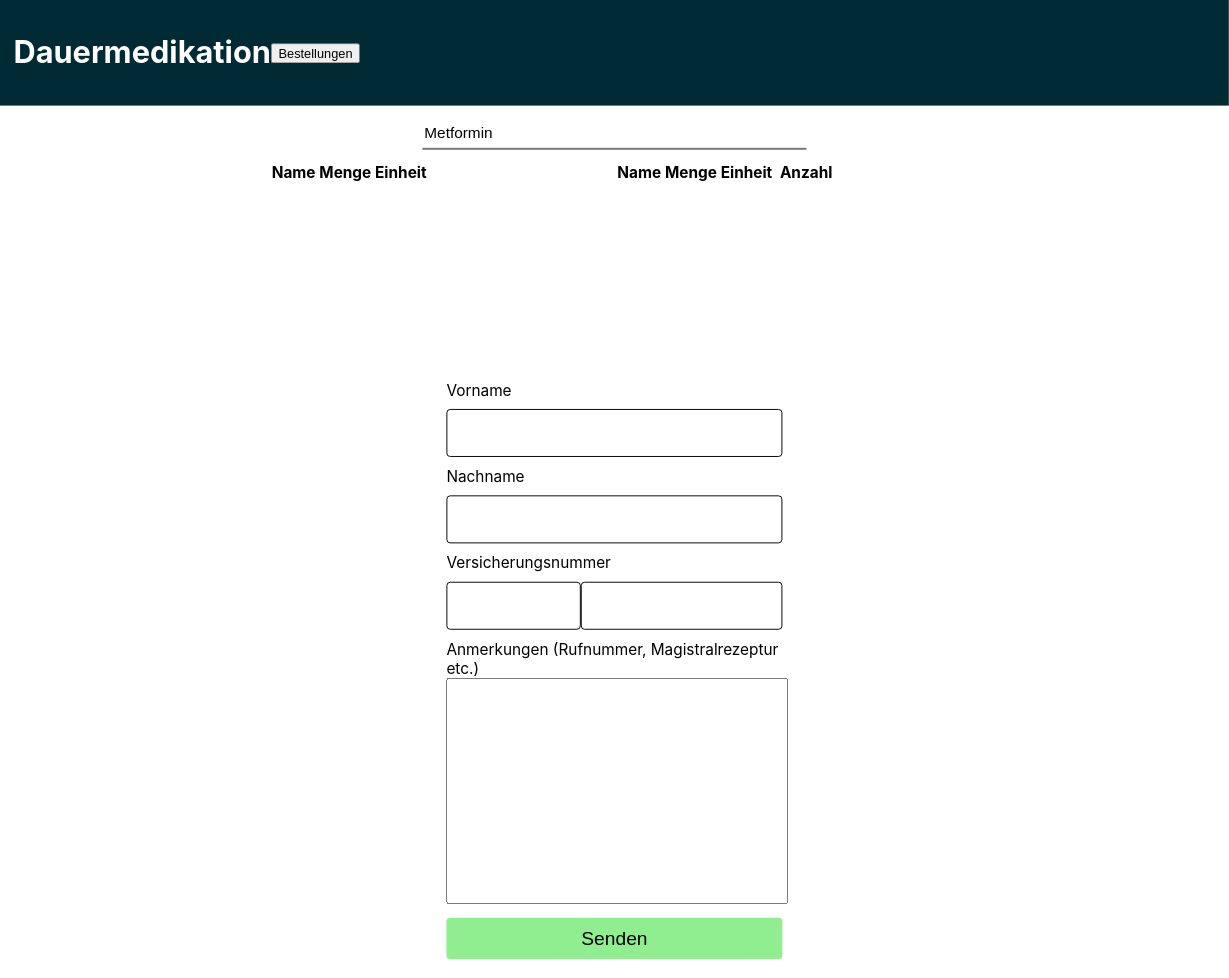
Repository: Esatollah/MedDemo
Page: / (app in client/)
These files come from the project's save history. The page is drawn as it stood at one moment and after the next save; the edit follows.
The browser window is 1280 px wide. The pictures show the whole page, at 96% of full size.
The page's requests for data from a server got no answer. The project was rebuilt for these pictures with package versions that can differ from the ones it lists, and the page was loaded fresh each time. No one was signed in, and anything a server would have sent is missing. Also part of the build but not shown: client/src/Routes/Bestellungen.jsx.

Above is the page before, as saved 2022-06-10 17:57:17.

### client/src/App.js
import SearchBar from './Routes/Search';
import {BrowserRouter, Routes, Route} from 'react-router-dom'
import Bestellungen from './Routes/Bestellungen';
import ReactModal from 'react-modal';

ReactModal.setAppElement('#root')

function App() {
  return (
    <BrowserRouter>
    <Routes>
      <Route path='/' element={<div><SearchBar/></div>}/>
      <Route path='/bestellungen' element={<div><Bestellungen/></div>}/>
    </Routes>
    </BrowserRouter>
  );
}

export default App;

### client/src/Routes/Search.jsx
import React, { useState, useEffect } from 'react'
import DrugAPI from '../api/DrugAPI';
import Form from '../components/Form';
import Navbar from '../components/Navbar';
import { SearchWrap } from '../Styles/SearchStyles';


const Search = () => {

  const [searchinput, setSearchinput] = useState("Metformin");
  const [drugs, setDrugs] = useState([]);
  const [cartitems, setCartitems] = useState([]);

  useEffect(() => {
    const fetchData = async () => {
      try {
        const result = await DrugAPI.get(`/?drugsearch=${searchinput}`)
        setDrugs(result.data.meds)
      } catch (err) {
        console.error(err);
      }
    }

    fetchData();

  }, [searchinput])

  const handleDrugClick = (e, x) => {
    const is_in_cart = cartitems.some(y => {
      if (y.id === x.id) {
        return true;
      }

      return false;
    })

    if (is_in_cart) {
      return
    }
    let temp = { ...x, anzahl: "1" }
    setCartitems([...cartitems, temp]);
  }

  const handleDelete = (e, x, index) => {
    let temp = [...cartitems]

    temp.splice(index, 1);

    setCartitems(temp);
  }

  const handleCountchange = (e, x, index) => {
    let temps = [...cartitems]
    let temp = {
      ...temps[index],
      anzahl: e.target.value
    }
    temps[index] = temp
    setCartitems(temps);

  }


  return (
    <>
      <Navbar route="/Bestellungen" title="Dauermedikation"/>
        <SearchWrap>

          <input type="search" placeholder="Suche" id="search" value={searchinput} onChange={e => setSearchinput(e.target.value)} />
          <div className='search-container'>
            <div className='table-container'>
              <table className='drugtable'>
                <thead>
                  <tr>
                    <th scope='col'>
                      Name
                    </th>
                    <th scope='col'>Menge</th>
                    <th scope='col'>Einheit</th>
                    <th scope='col'></th>
                  </tr>
                </thead>
                <tbody>
                  {drugs && drugs.map((x) => {
                    return (
                      <tr key={x.id} className="drug-row" >
                        <td className={x.name}>{x.name}</td>
                        <td>{x.menge}</td>
                        <td>{x.mengenart}</td>
                        <td><button onClick={(e) => { handleDrugClick(e, x) }}>+</ button></td>
                      </tr>
                    )
                  })}
                </tbody>

              </table>
            </div>

            <div className='cart-container'>
              <table>
                <thead>
                  <tr>
                    <th scope='col'>
                      Name
                    </th>
                    <th scope='col'>Menge</th>
                    <th scope='col'>Einheit</th>
                    <th scope='col'></th>
                    <th scope='col'>Anzahl</th>
                  </tr>
                </thead>
                <tbody>
                  {cartitems && cartitems.map((x, index) => {
                    if (x.abgabezahl) {
                      return (
                        <tr key={index} className="drug-row" >
                          <td>{x.name}</td>
                          <td>{x.menge}</td>
                          <td>{x.mengenart}</td>
                          <td><button onClick={(e) => handleDelete(e, x, index)}>-</button></td>
                          <td><select onChange={(e) => { handleCountchange(e, x, index) }}><option value="1">1</option><option value="2">2</option></select></td>
                        </tr>
                      )
                    }
                    return (
                      <tr key={index} className="drug-row" >
                        <td>{x.name}</td>
                        <td>{x.menge}</td>
                        <td>{x.mengenart}</td>
                        <td><button onClick={(e) => handleDelete(e, x, index)}>-</button></td>
                        <td>1</td>
                      </tr>
                    )
                  })}
                </tbody>
              </ table>
            </div>
          </div>
        </SearchWrap>

      <Form cartitems={cartitems} setCartitems={setCartitems} />
    </>
  )
}

export default Search

### client/src/api/DrugAPI.js
import axios from 'axios'

export default axios.create({
    baseURL: "http://localhost:5000/api"
})

### client/src/components/Form.jsx
import React, {useState}from 'react'
import DrugAPI from '../api/DrugAPI'
import { FormWrap } from '../Styles/FormStyles';
const Form = props => {

    const [fname, setFname] = useState('');
    const [lname, setLname] = useState('');
    const [vpin, setVpin] = useState('');
    const [vbday, setVbday] = useState('');
    const [anmerkungen, setAnmerkungen] = useState('');

    const handleSubmit = (e) => {

        e.preventDefault();
        const formdata = {
            fname,
            lname,
            vpin,
            vbday,
            anmerkungen
        }

        const fetchData = async () =>{
            try {
            await DrugAPI.post("/", {drugs:{...props.cartitems}, ...formdata})
            } catch (error) {
                console.error(error);
            }
    }

    fetchData();

    setFname('');setLname('');setVpin('');setVbday('');setAnmerkungen('');
    props.setCartitems([]);

}


  return (
    <FormWrap>
        <form onSubmit={(e) =>handleSubmit(e)}>
            <label htmlFor="fname">Vorname</label><br />
            <input className="Names"type="text" value={fname} id="fname" name="fname" onChange={(e)=> setFname(e.target.value)}required/><br/>
            <label htmlFor="lname">Nachname</label><br />
            <input className="Names"type="text" id="lname" value={lname} onChange={(e) => setLname(e.target.value)}name="lname" required /><br/>
            <label htmlFor="pin">Versicherungsnummer  </label> <br/>
            <input className="insurance" type="text" id="pin" value={vpin}
            onChange={(e) => setVpin(e.target.value)} name="pin" pattern="[0-9]+" size="4" minLength="4"maxLength="4" required/>
            <input className="insurance" type="text" id="bday" value={vbday}
            onChange={(e) => setVbday(e.target.value)} name="bday" size="6" minLength={6} maxLength={6}
            pattern="[0-9]+" required/> <br/>
            <label htmlFor="anmerkungen" >Anmerkungen (Rufnummer, Magistralrezeptur etc.)</label> <br/>
            <textarea id="anmerkungen"value={anmerkungen} onChange={(e) => setAnmerkungen(e.target.value)} name="message" rows="10" cols="30" className='textarea'>
            </textarea> <br/>
            <input type="submit" value="Senden" ></input><br />
        </form>
    </FormWrap>

  )
}

export default Form

### client/src/components/Navbar.jsx
import React from 'react'
import { NavWrap } from '../Styles/NavbarStyles'
const Navbar = (props) => {


  return (
    <NavWrap>
      <h1>{props.title}</h1>
      <div>
        <a className="nav" href={props.route}><button>{props.title === "Dauermedikation" ? "Bestellungen" : "Dauermedikation"}</button></a>
      </div>
    </NavWrap>
  )
}

export default Navbar

### client/src/Styles/SearchStyles.js
import styled from 'styled-components';

export const SearchWrap = styled.div`

    display: flex;
    flex-direction: column;
    align-items: center;
             margin: auto;

    @media(min-width: 1000px) {
             width: 1000px;

         }

    #search {
    width:50%;
    height: 2rem;
    outline:none;
    border-top: hidden;
    border-right: hidden;
    border-left: hidden;
    font-size: 1rem;@media(min-width: 1000px) {
             width: 40%;
         }
    margin-bottom: 10px;
}

.table-container {
    max-height: 200px;
    max-width: 80%;
    overflow-y: auto;
}


.drug-row:hover {
    background-color: beige;
}

.drugtable tbody tr {
border: 1px;
}

.search-container {
    width: 90%;

    @media(min-width: 1000px) {
        display:flex;
        flex-direction: row;
        justify-content: center;
    }

    .table-container {
        width :100%;
        height: 250px;
        display:flex;
         @media(min-width: 1000px) {
             width: 40%;
             display:flex;
             height: 400px;
         }
    }

    .cart-container {
        width: 100%;
        display:flex;
        @media(min-width: 1000px) {
             width: 40%;
             display:flex;
         }
    }
}

td {
    padding:5px;
}

`;

### client/src/Styles/FormStyles.js
import styled from 'styled-components';

export const FormWrap = styled.div`
    display:flex;
    margin:auto;
    max-width:350px;
    margin-top: 20px;
    padding:10px;

    .Names {
        display:inline-block;
        width: 100%;
        padding: 10px;
        box-sizing: border-box;
        border-radius: 4px;
        border: .5px solid;
        margin: 10px 0;
        font-size: 1.5rem;
    }
    input[type=submit] {
        width: 100%;
        padding: 10px;
        margin:10px 0;
        border-radius: 4px;
        border: none;
        background: lightgreen;
        font-size:20px
    }
    .insurance {
        padding: 10px;
        box-sizing: border-box;
        border-radius: 4px;
        border: .5px solid;
        margin: 10px 0;
        font-size:1.5rem;
    }
    #pin {
        width:40%;
    }
    #bday {
        width:60%;
    }

    textarea {
        width: 100%;
        resize:none;
        font-size: 1.25rem;
        font-family: sans-serif
    }
`;

### client/src/Styles/NavbarStyles.js
import styled from "styled-components"

export const NavWrap = styled.div`
    width:100%;
    padding: 14px 0;
    background-color: #002b34;
    margin-bottom: 14px;
    display:flex;
    align-items: center;
    h1 {
        margin-left: 14px;
        color: #fff;
    }
    div {
        float:right;
    }
    .nav {
        float:right;
    }


`;

Loaded but not shown: client/public/index.html (common file); client/src/index.js (common file); client/src/index.css (common file)

After the next save:
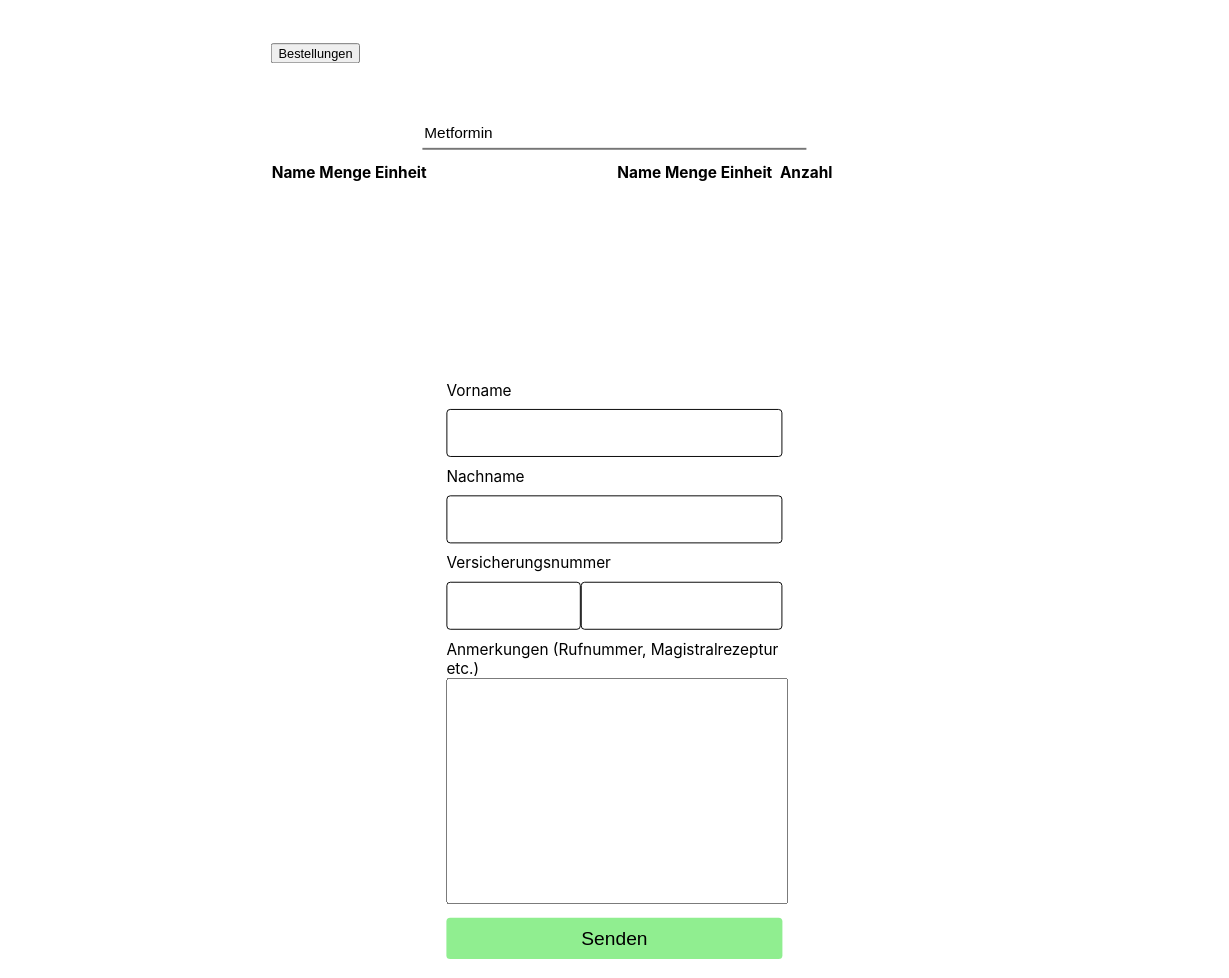
Saved 89 s later.
--- a/client/src/Styles/NavbarStyles.js
+++ b/client/src/Styles/NavbarStyles.js
@@ -3,7 +3,7 @@ import styled from "styled-components"
 export const NavWrap = styled.div`
     width:100%;
     padding: 14px 0;
-    background-color: #002b34;
+    background-color: white;
     margin-bottom: 14px;
     display:flex;
     align-items: center;

After the save that followed:
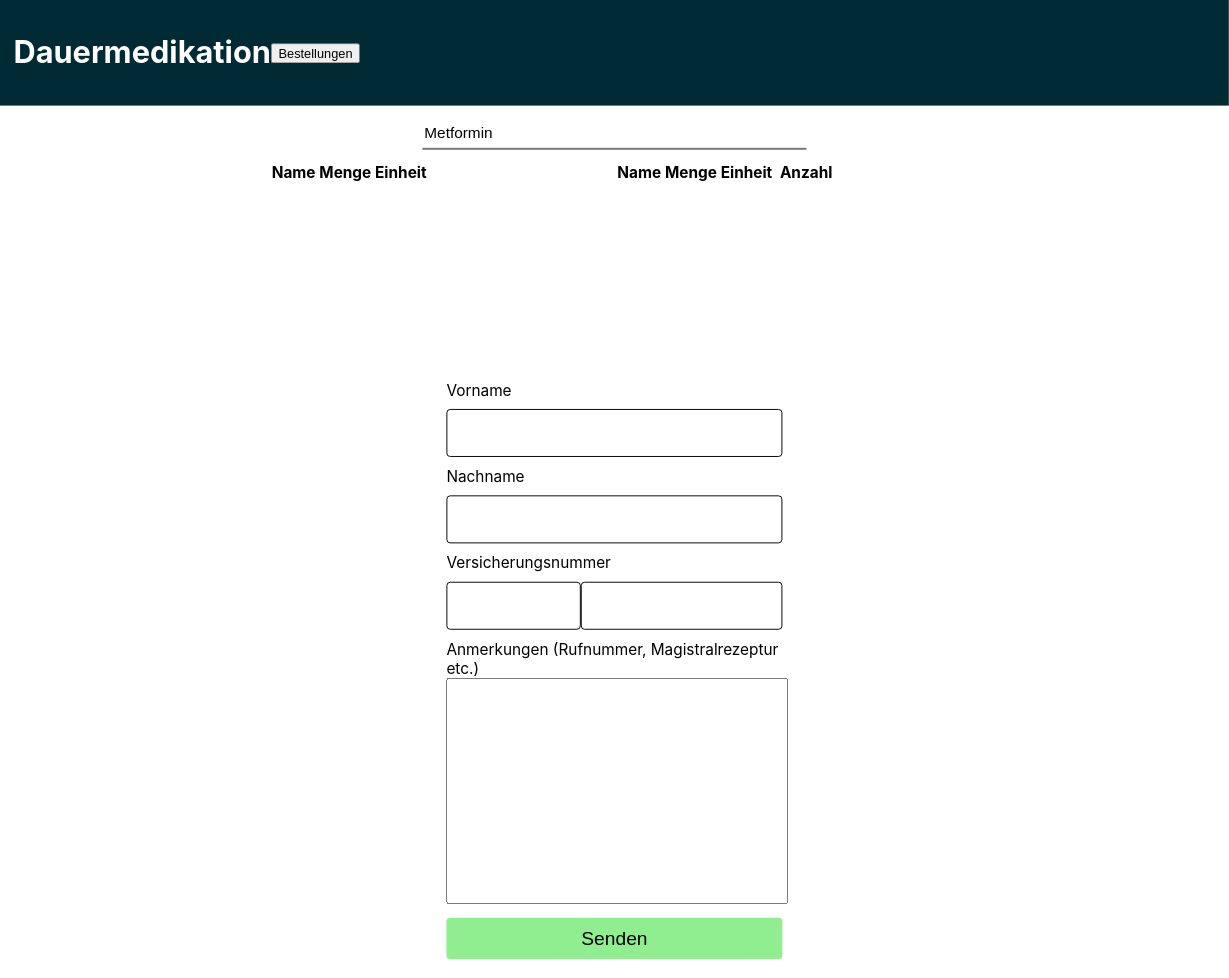
Saved 11 s later.
--- a/client/src/Styles/NavbarStyles.js
+++ b/client/src/Styles/NavbarStyles.js
@@ -3,7 +3,7 @@ import styled from "styled-components"
 export const NavWrap = styled.div`
     width:100%;
     padding: 14px 0;
-    background-color: white;
+    background-color: #002b34;
     margin-bottom: 14px;
     display:flex;
     align-items: center;
